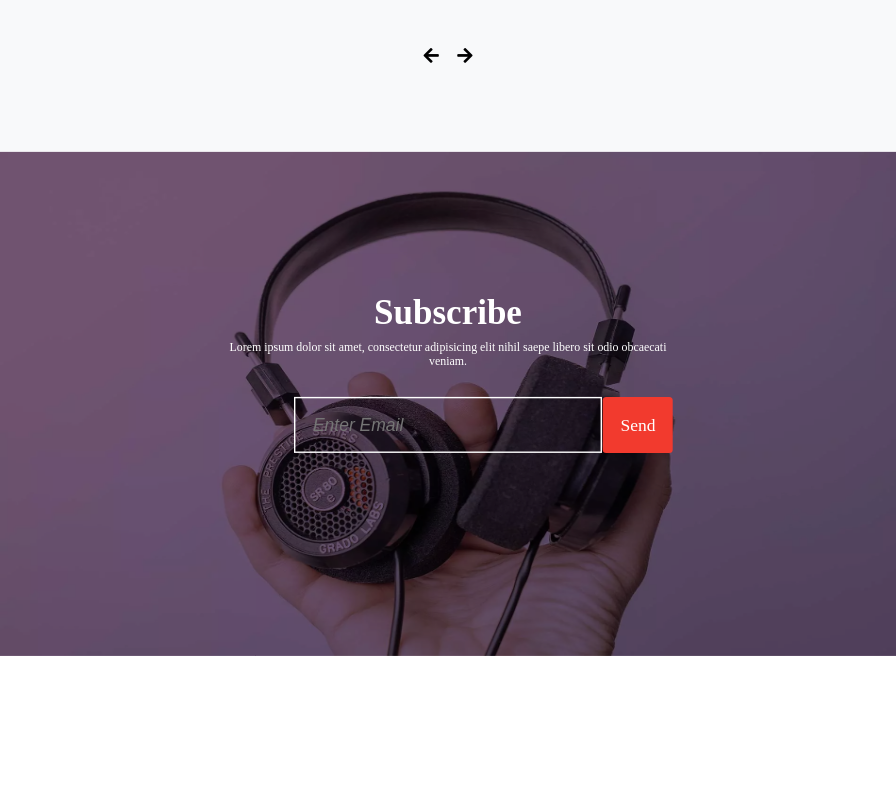
Repository: nhutduy0803/template2
Page: index.html
These files come from the project's save history. The page is drawn as it stood at one moment and after the next save; the edit follows.
The browser window is 1280 px wide. The pictures show the part of the page from y = 4580 to 6500 px (the page is 5717 px tall before and 6581 px after), at 70% of full size.

Above is the page before, as saved 2021-12-10 18:27:00.

After the next save:
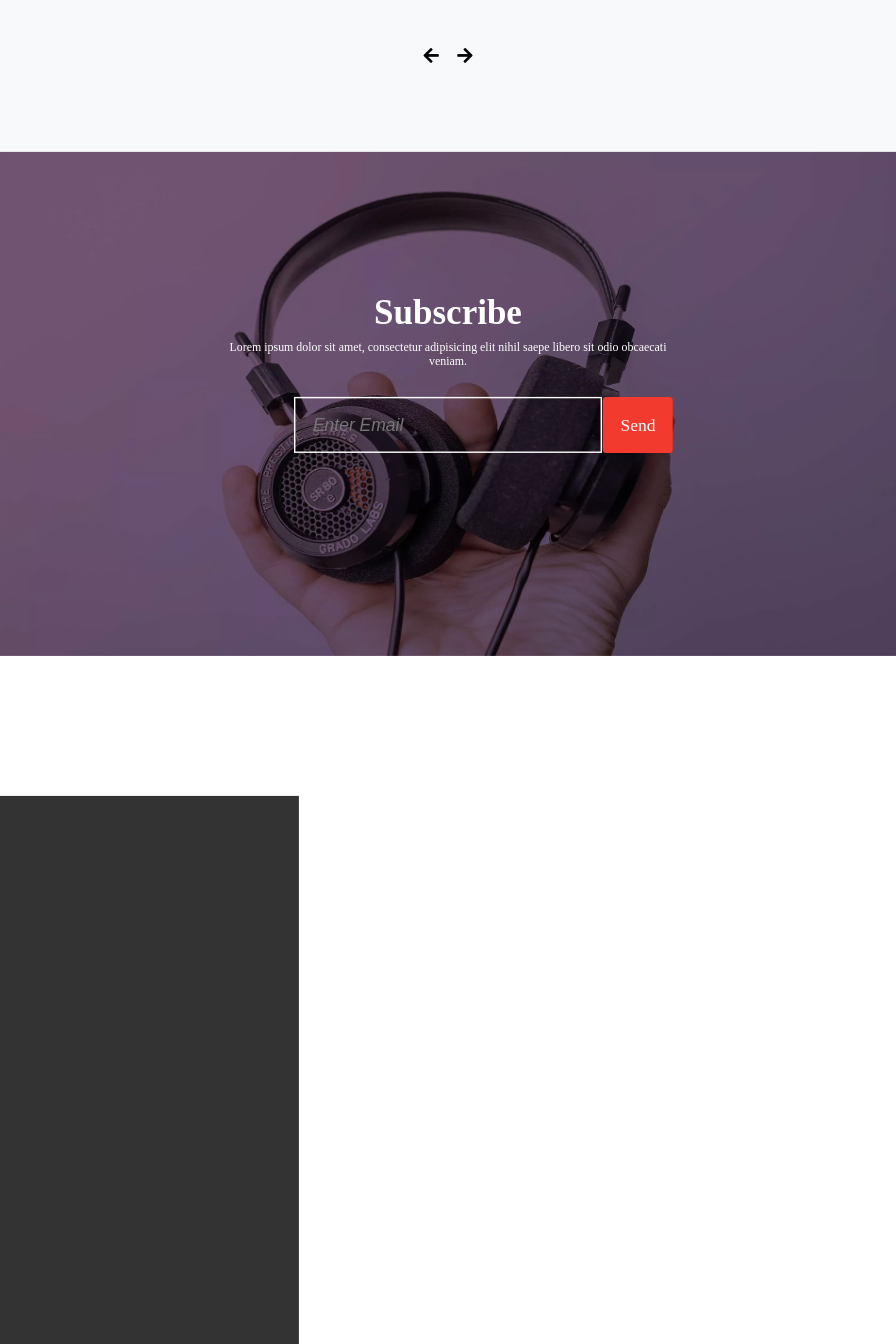
Saved 40 s later.
--- a/assets/css/style.css
+++ b/assets/css/style.css
@@ -794,3 +794,9 @@
   transition: 0.3s;
   top: 148px;
 }
+
+.footer-right {
+  width: 33.3333%;
+  background-color: #333333;
+  height: 120vh;
+}
